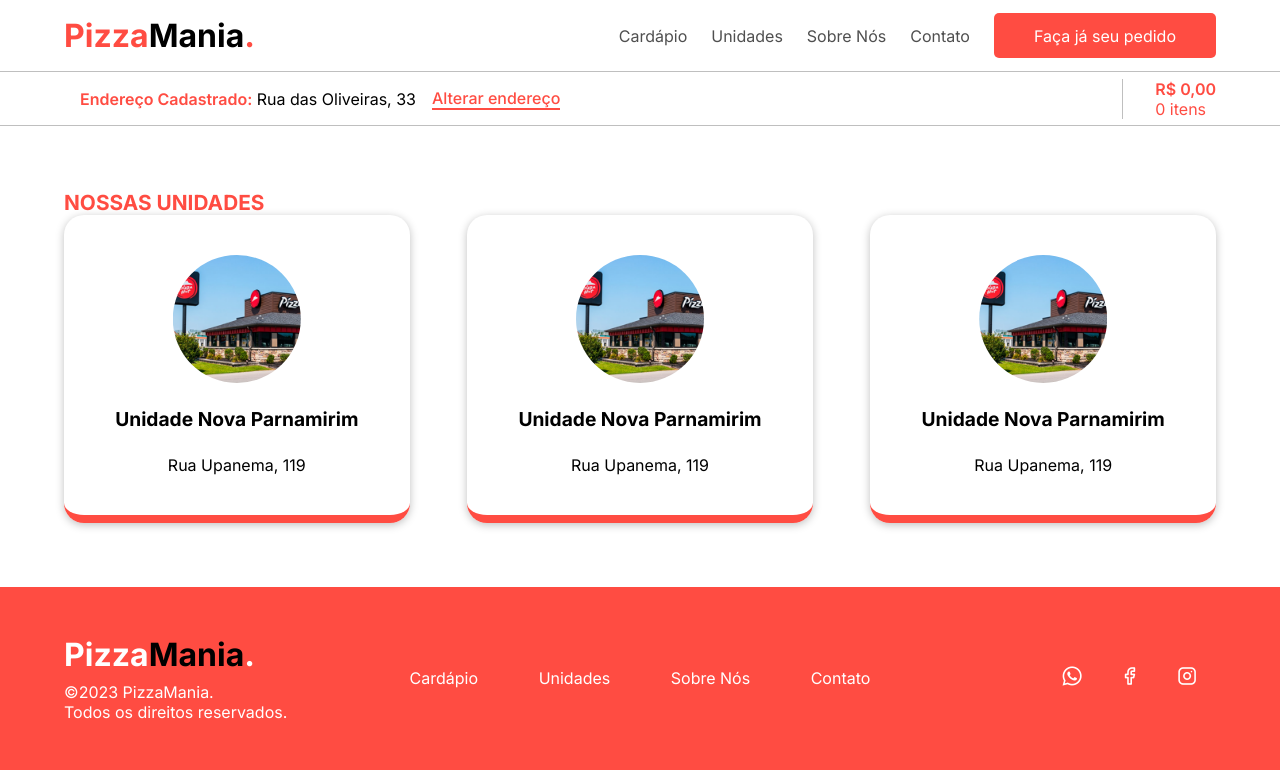
Repository: lucas-albuq/PizzaMania
Page: assets/pages/unidades.html
The author's editor kept a copy of each file at every save. The page is drawn from the files as they stood at one save, then again after a run of saves.
The browser window is 1280 px wide. The pictures show the whole page.
Some icons come from a web library that is not loaded, so they are not drawn. Some web libraries are served in a nearby version.

Above is the page before, as saved 2024-01-04 22:32:39.

After the next 2 saves:
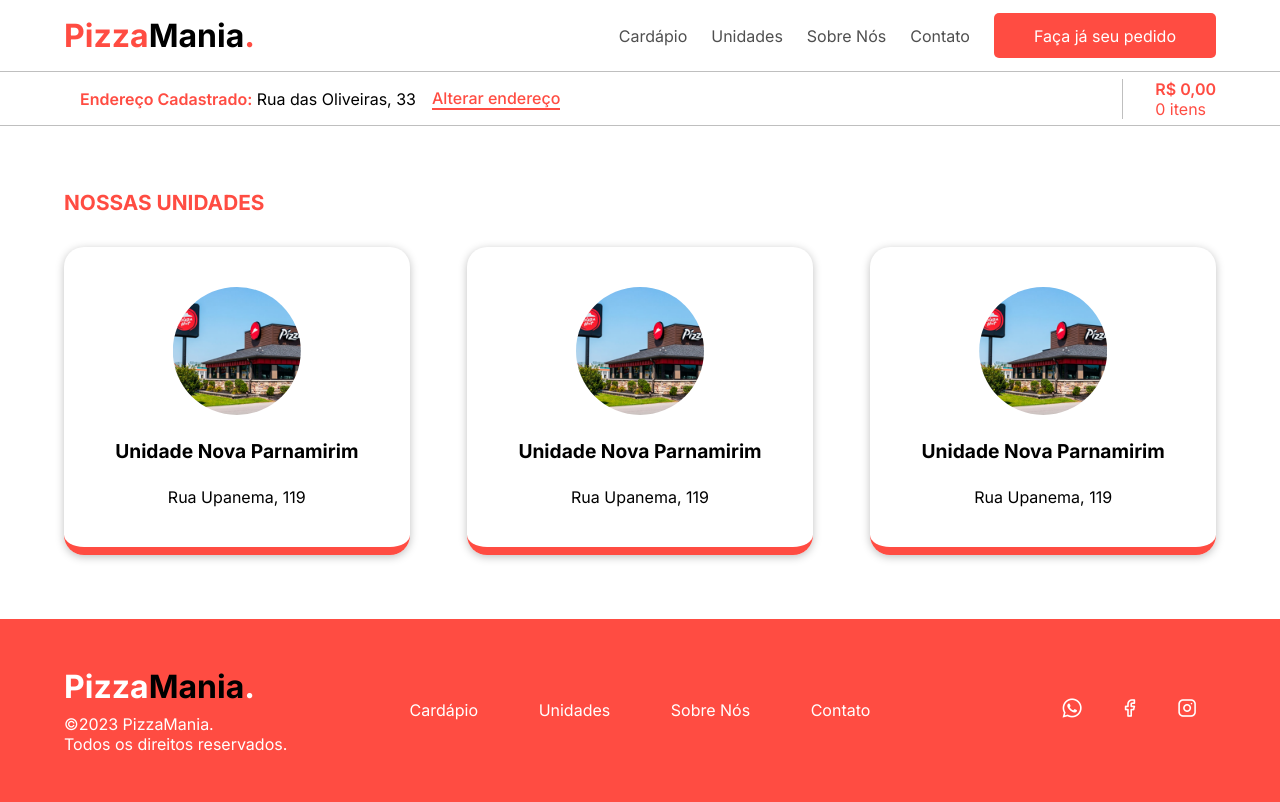
The 2 saves are shown as one change because they came seconds apart.
The last was saved 7 s later.
--- a/assets/css/pizzamania.css
+++ b/assets/css/pizzamania.css
@@ -270,7 +270,7 @@
 .unidades{
   display: flex;
   flex-direction: column;
-  div
+  gap: 2em;
 }
 
 .unidades img{
